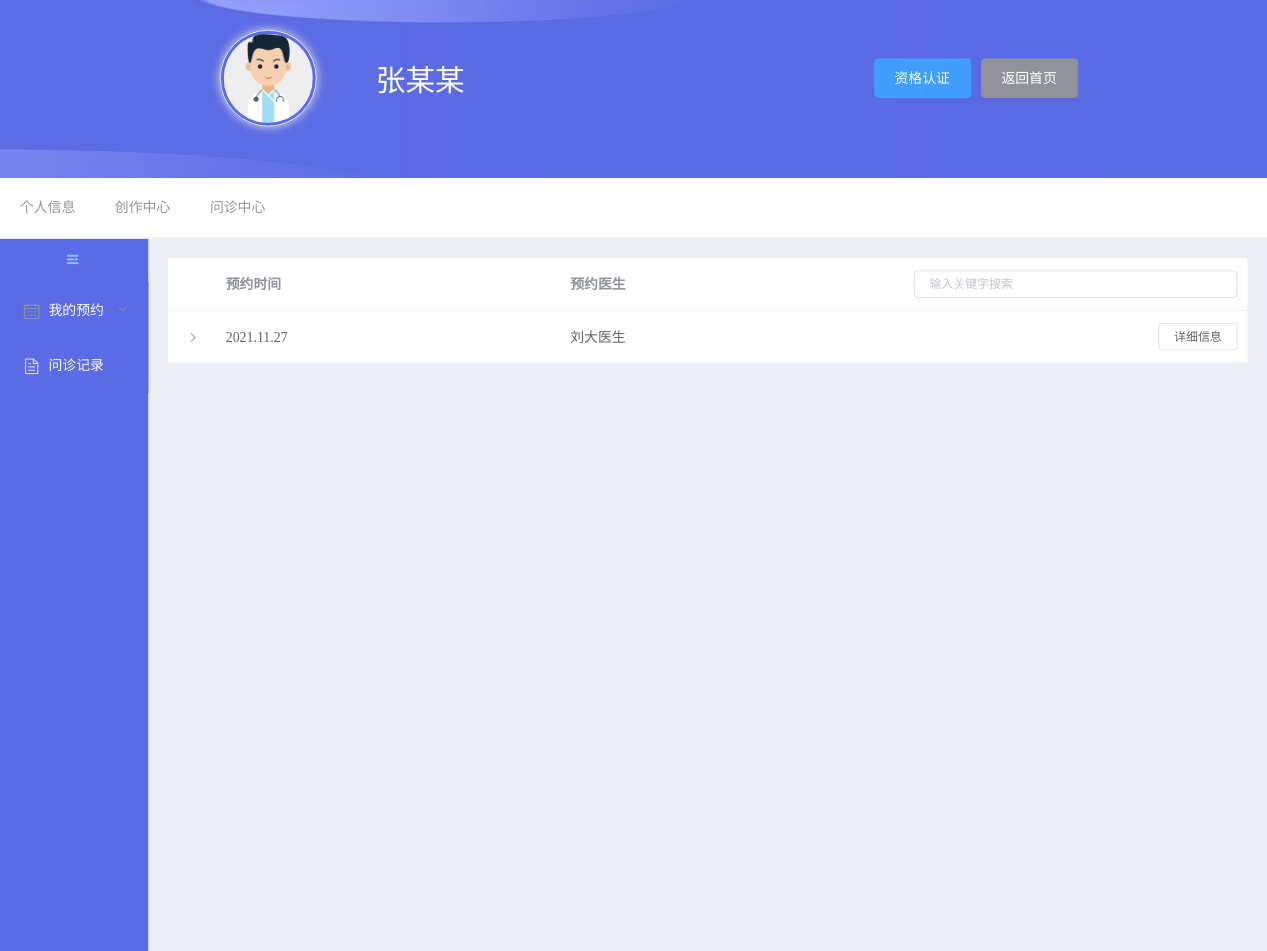
Repository: DiscreteL/SOA_Front
Page: /#/sucApply
These files come from the project's save history. The page is drawn as it stood at one moment and after the next save; the edit follows.
The browser window is 1280 px wide. The pictures show the whole page, at 99% of full size.
The project was rebuilt for these pictures with package versions that can differ from the ones it lists, and the page was loaded fresh each time. Also part of the build but not shown: vue.config.js, src/components/navigation.vue, src/components/dialog.vue, src/views/news.vue, src/components/announcement.vue, src/components/patientKnow.vue, src/views/Home.vue, src/views/login.vue and 15 more.

Above is the page before, as saved 2021-11-29 17:47:13.

After the next save:
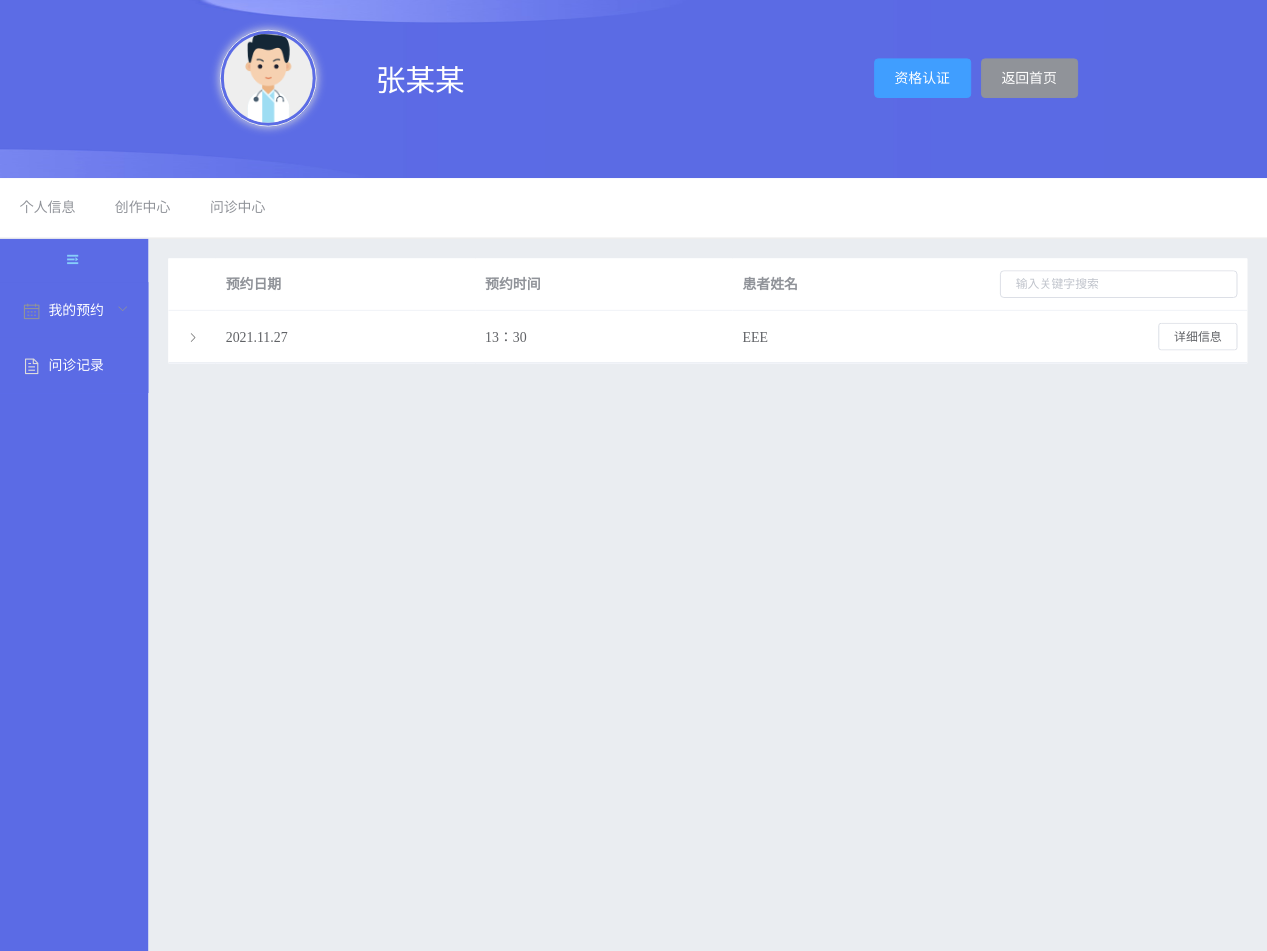
Saved 90 s later.
--- a/src/views/doctor/consult/sucApply.vue
+++ b/src/views/doctor/consult/sucApply.vue
@@ -18,13 +18,14 @@
             <span>{{ props.row.time }}</span>
           </el-form-item>
           <el-form-item label="患者姓名">
-            <span>{{ props.row.doctor }}</span>
+            <span>{{ props.row.name }}</span>
           </el-form-item>
         </el-form>
       </template>
     </el-table-column>
-    <el-table-column label="预约时间" prop="date"> </el-table-column>
-    <el-table-column label="预约医生" prop="doctor"> </el-table-column>
+    <el-table-column label="预约日期" prop="date"> </el-table-column>
+    <el-table-column label="预约时间" prop="time"> </el-table-column>
+    <el-table-column label="患者姓名" prop="name"> </el-table-column>
     <el-table-column align="right">
       <template slot="header" slot-scope="scope">
         <el-input
@@ -67,7 +68,7 @@ export default {
         {
           date: "2021.11.27",
           time: "13：30",
-          doctor: "刘大医生",
+          name: "EEE",
         },
       ],
       search: "",
